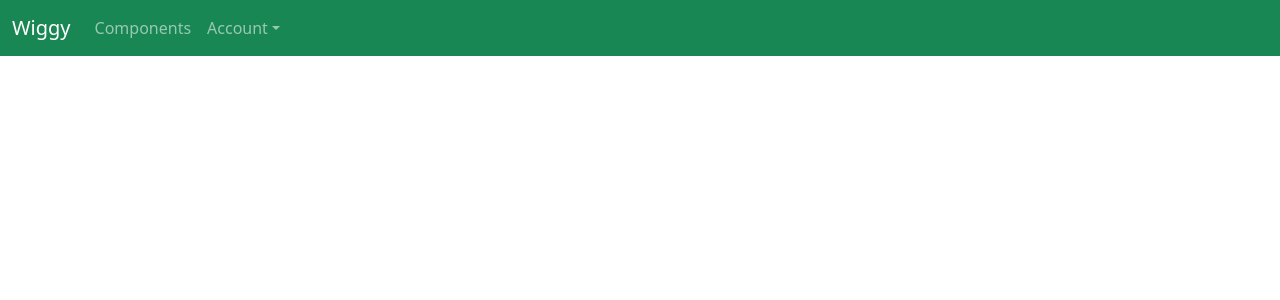
Repository: MohammadGulshan/wiggy
Page: / (app in client/)
These files come from the project's save history. The page is drawn as it stood at one moment and after the next save; the edit follows.
The browser window is 1280 px wide. The pictures show the whole page.
The project was rebuilt for these pictures with package versions that can differ from the ones it lists, and the page was loaded fresh each time. Also part of the build but not shown: client/src/App.css.

Above is the page before, as saved 2020-12-11 02:17:28.

### client/src/index.js
import React from 'react';
import ReactDOM from 'react-dom';
import App from './App';
import reportWebVitals from './reportWebVitals';

ReactDOM.render(
  <React.StrictMode>
    <App />
  </React.StrictMode>,
  document.getElementById('root')
);

// If you want to start measuring performance in your app, pass a function
// to log results (for example: reportWebVitals(console.log))
// or send to an analytics endpoint. Learn more: https://bit.ly/CRA-vitals
reportWebVitals();

### client/src/App.js
import 'bootstrap/dist/css/bootstrap.min.css';
import './App.css';
import AppNavbar from './components/AppNavbar';

function App() {
  return (
    <div className="App">
      <AppNavbar />
    </div>
  );
}

export default App;

### client/src/components/AppNavbar.js
import React from "react";
import {
  Collapse,
  Navbar,
  NavbarToggler,
  NavbarBrand,
  Nav,
  NavItem,
  NavLink,
  UncontrolledDropdown,
  DropdownToggle,
  DropdownMenu,
  DropdownItem,
  NavbarText,
} from "reactstrap";

const AppNavbar = (props) => {
  let isOpen = false;
  const toggle = () => isOpen = !isOpen;
  return (
    <div>
      <Navbar color="success" dark expand="md">
        <NavbarBrand href="/">Wiggy</NavbarBrand>
        <NavbarToggler onClick={toggle} />
        <Collapse isOpen={isOpen} navbar>
          <Nav className="ml-auto" navbar>
            <NavItem>
              <NavLink href="/components/">Components</NavLink>
            </NavItem>

            <UncontrolledDropdown nav inNavbar>
              <DropdownToggle nav caret>
                Account
              </DropdownToggle>
              <DropdownMenu right>
                <DropdownItem>
                  Profile
                </DropdownItem>
                <DropdownItem>
                  Orders
                </DropdownItem>
                <DropdownItem divider />
                <DropdownItem>
                  Logout
                </DropdownItem>
              </DropdownMenu>
            </UncontrolledDropdown>
          </Nav>
        </Collapse>
      </Navbar>
    </div>
  );
};

export default AppNavbar;

Loaded but not shown: client/public/index.html (common file); client/src/reportWebVitals.js (common file)

After the next save:
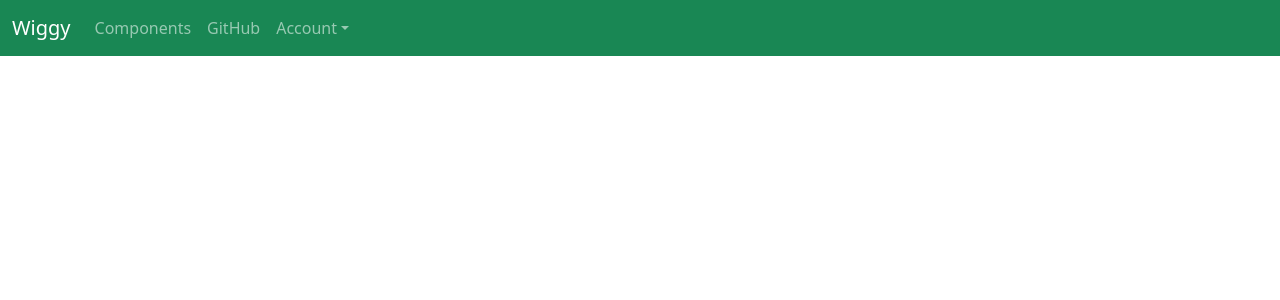
Saved 10 s later.
--- a/client/src/components/AppNavbar.js
+++ b/client/src/components/AppNavbar.js
@@ -27,7 +27,9 @@
             <NavItem>
               <NavLink href="/components/">Components</NavLink>
             </NavItem>
-
+            <NavItem>
+              <NavLink href="https://github.com/reactstrap/reactstrap">GitHub</NavLink>
+            </NavItem>
             <UncontrolledDropdown nav inNavbar>
               <DropdownToggle nav caret>
                 Account
